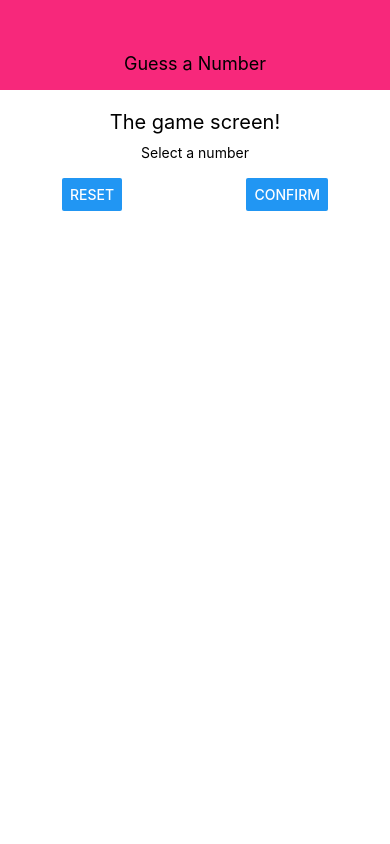
Repository: jes-wd/rn-num-guess
Screen: /
An editor plug-in stored every save of this project. The screen is shown before and after the next save, followed by the edit.
The app was drawn by React Native's web renderer in a window 390 px wide. The project was rebuilt for these pictures with package versions that can differ from the ones it lists, and the page was loaded fresh each time.

Above is the screen before, as saved 2020-03-21 20:57:48.

After the next save:
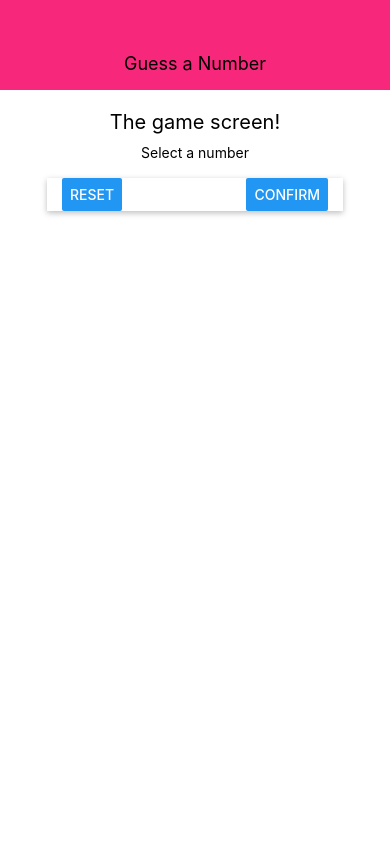
Saved 3 min 18 s later.
--- a/screens/StartGameScreen.js
+++ b/screens/StartGameScreen.js
@@ -37,7 +37,11 @@ const styles = StyleSheet.create({
     width: '100%',
     justifyContent: 'space-between',
     paddingHorizontal: 15,
-    shadowColor: 'black'
+    shadowColor: 'black',
+    shadowOffset: { width: 0, height: 2 },
+    shadowRadius: 6,
+    shadowOpacity: 0.26,
+    backgroundColor: 'white'
   }
 });
 
